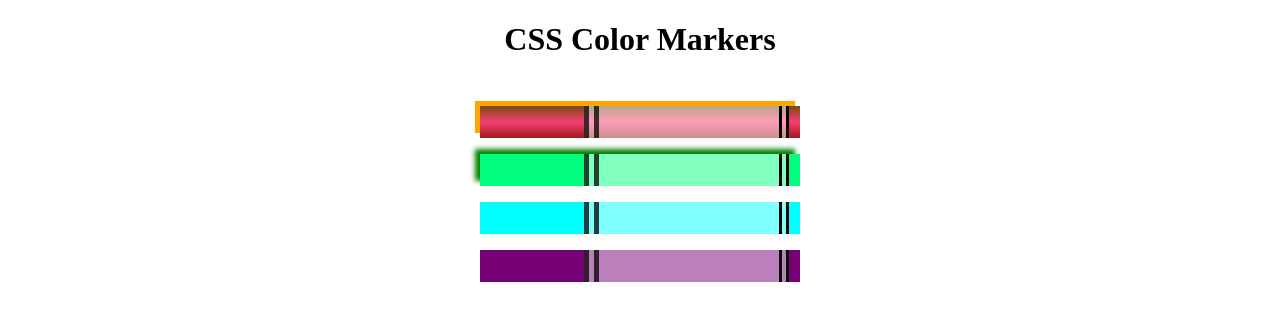
Repository: Lungdjos/color_markers
Page: index.html
The author's editor kept a copy of each file at every save. The page is drawn from the files as they stood at one save, then again after a run of saves.
The browser window is 1280 px wide. The pictures show the whole page.

Above is the page before, as saved 2023-09-28 11:34:39.

### index.html
<!DOCTYPE html>
<html lang="en">

<head>
    <meta charset="UTF-8">
    <meta name="viewport" content="width=device-width, initial-scale=1.0">
    <title>Colored Markers</title>
    <link rel="stylesheet" href="styles.css">
</head>

<body>
    <h1>CSS Color Markers</h1>
    <div class="container">
        <div class="marker orange">
            <div class="cap"></div>
            <div class="sleeve"></div>
        </div>
        <div class="marker green">
            <div class="cap"></div>
            <div class="sleeve"></div>
        </div>
        <div class="marker cyan">
            <div class="cap"></div>
            <div class="sleeve"></div>
        </div>
        <div class="marker purple">
            <div class="cap"></div>
            <div class="sleeve"></div>
        </div>
    </div>
</body>

</html>

### styles.css
/* STYLING */

h1 {
    text-align: center;
}

.marker {
    /* background-color: red; */
    width: 320px;
    height: 32px;
    margin: 16px auto;
}

.orange {
    background: linear-gradient(rgb(122, 74, 14), rgb(245, 62, 113), rgb(162, 27, 27));
    box-shadow: -5px -5px orange;
}

.green {
    background-color: rgb(0, 255, 127);
    box-shadow: -5px -5px 5px green;
}

.cyan {
    background-color: #00ffff;
}

.purple {
    background-color: #707;
}

.container {
    background-color: hsl(255, 100%, 100%);
    margin: auto;
    padding: 10px 0px;
}

.sleeve {
    width: 180px;
    height: 32px;
    background-color: rgba(255, 255, 255, 0.5);
    border-left: 15px double rgba(0, 0, 0, 0.75);
    border-right: 10px double black;
}

.cap {
    width: 100px;
    height: 32px;
}

.cap,
.sleeve {
    display: inline-block;
}

After the next 2 saves:
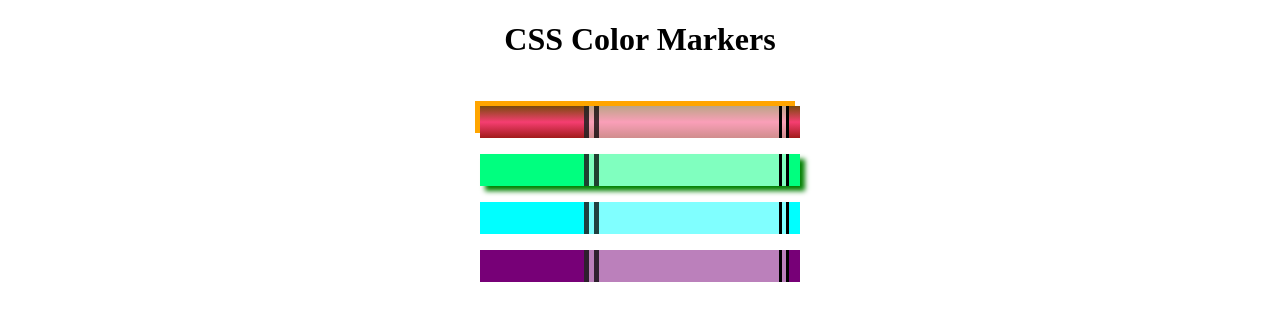
The 2 saves are shown as one change because they came seconds apart.
The last was saved 16 s later.
--- a/styles.css
+++ b/styles.css
@@ -18,7 +18,7 @@ h1 {
 
 .green {
     background-color: rgb(0, 255, 127);
-    box-shadow: -5px -5px 5px green;
+    box-shadow: 5px 5px 5px green;
 }
 
 .cyan {
